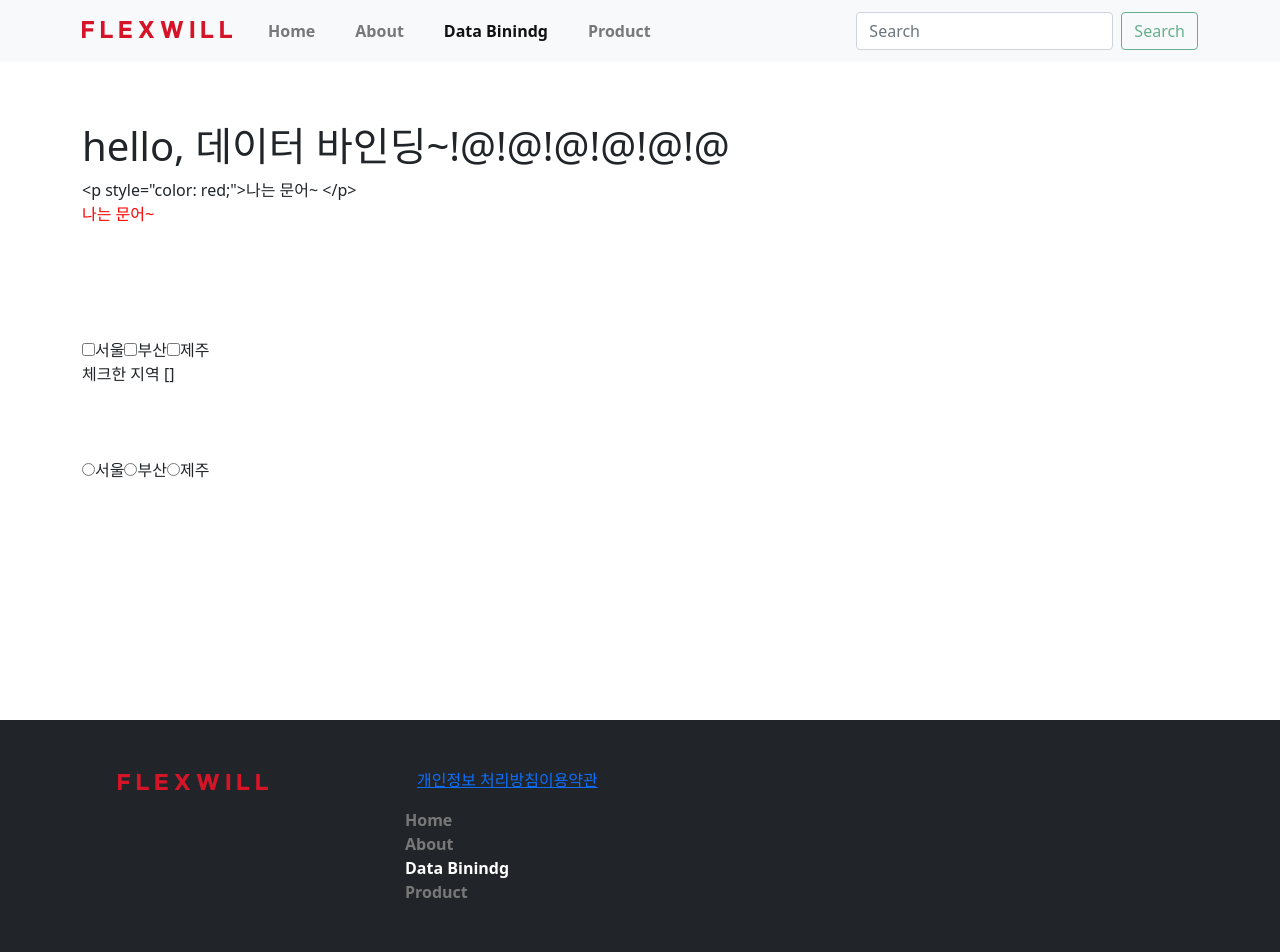
Repository: jang0ha/vue
Page: /databinding
The author's editor kept a copy of each file at every save. The page is drawn from the files as they stood at one save, then again after the next save.
The browser window is 1280 px wide. The pictures show the whole page.
The project was rebuilt for these pictures with package versions that can differ from the ones it lists, and the page was loaded fresh each time. Also part of the build but not shown: vue.config.js, src/views/HomeView.vue, src/views/AboutView.vue, src/views/ProductView.vue.

Above is the page before, as saved 2022-04-19 11:42:49.

After the next save:
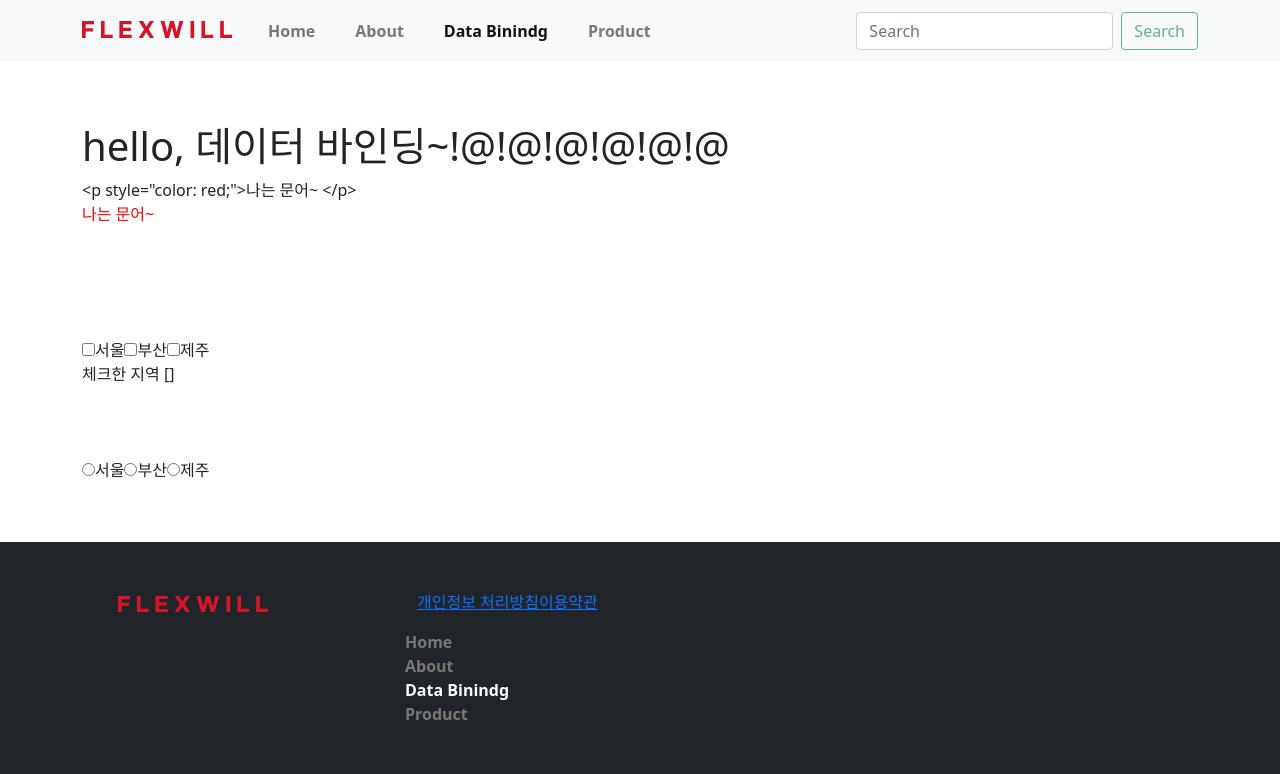
Saved 71 s later.
--- a/src/assets/css/layout.css
+++ b/src/assets/css/layout.css
@@ -6,6 +6,6 @@
 }
 #content{
  flex-grow: 1;
- min-height:calc(100vh - 62px);
+ min-height:calc(100vh - 294px);
  padding:60px 0;
 }
